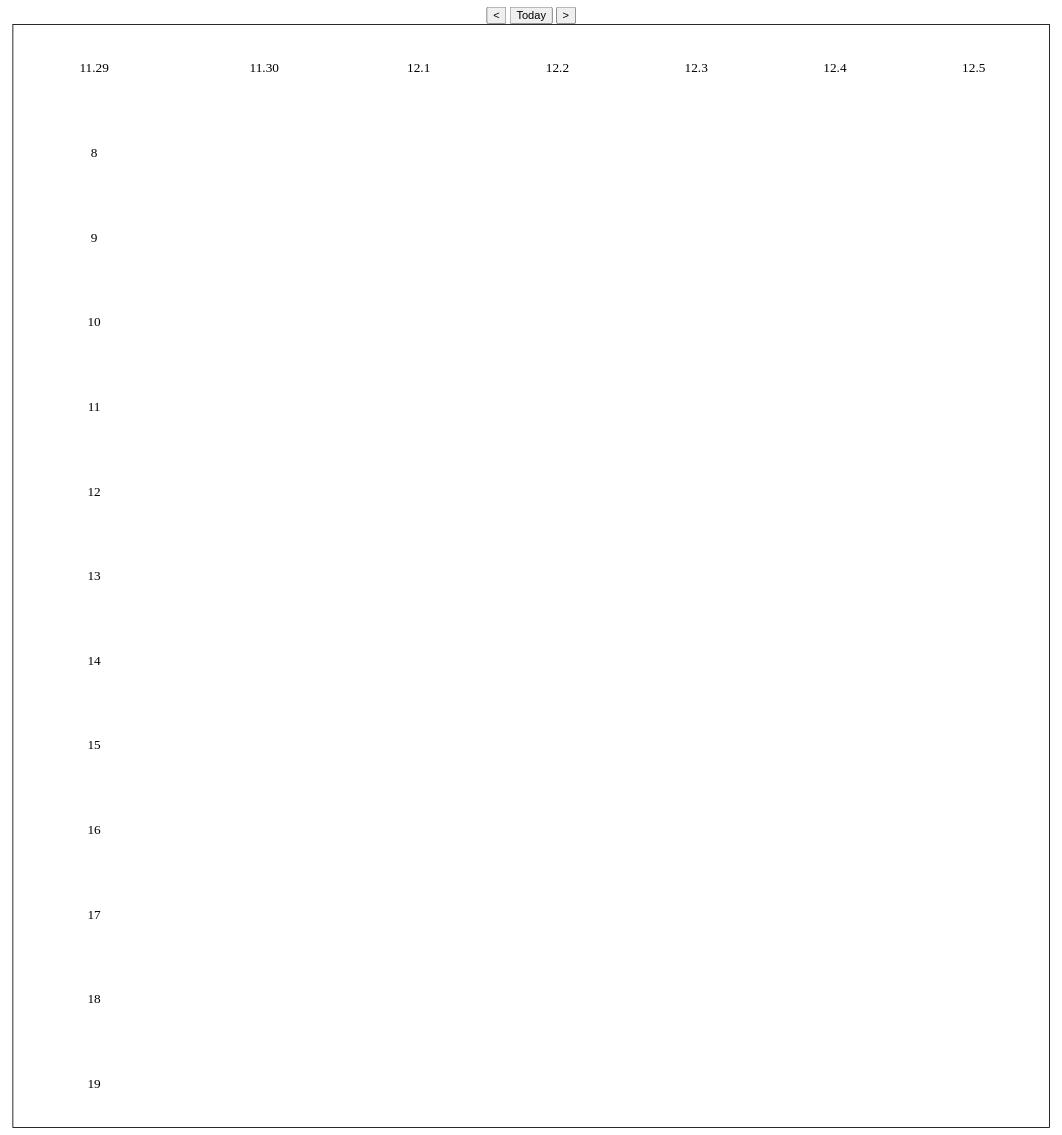
Repository: addictum/drawcalendar-1
Page: http://localhost/DrawCalendar/week.jsp
The author's editor kept a copy of each file at every save. The page is drawn from the files as they stood at one save, then again after the next save.
The browser window is 1280 px wide. The pictures show the whole page, at 83% of full size.
Some web libraries are served in a nearby version. The page is served by Tomcat 9.

Above is the page before, as saved 2020-12-07 01:07:22.

### DrawCalendar/src/main/webapp/week.jsp
<%@ page language="java" contentType="text/html; charset=UTF-8"
    pageEncoding="UTF-8" trimDirectiveWhitespaces="true" %>
<!DOCTYPE html>
<html>
<head>
<meta charset="UTF-8">
<title>Insert title here</title>
<script src="https://code.jquery.com/jquery-3.2.1.min.js"></script>
<style>
	#container {
		position: relative;
		margin: 0 auto;
		max-width: 1250px;
		text-align: center;
	}

	table {
		position: relative;
		border: border-box;
		width: 1250px;
		margi: 0 auto;
		border: 1px solid black;
		box-sizing: border-box;
	}

	tr {
		height: 100px;
	}

	th, td {
		width: 1250/7px;
		border-left: border: 1px solid black;
	}
</style>
</head>
<body>
<div id="container">
	<div class="nav">
				<button class="nav-btn go-prev" onclick="prevWeek()">&lt;</button>
				<button class="nav-btn go-today" onclick="goToday()">Today</button>
				<button class="nav-btn go-next" onclick="nextWeek()">&gt;</button>
	</div>
	<div class="week">
		<table class="weekTable">
			<tr class=tableHead></tr>

		</table>
	</div>
</div>
<script>

	let date = new Date();

	const renderWeek = () => {
		const thisYear = date.getFullYear();
		const thisMonth = date.getMonth();
		const thisDate = date.getDate();
		const thisDay = date.getDay();

		const preLast = new Date(thisYear, thisMonth, 0);
		const thisLast = new Date(thisYear, thisMonth+1, 0);
		const nextLast = new Date(thisYear, thisMonth+2, 0);

		const preMonth = preLast.getMonth()+1;
		const nextMonth = nextLast.getMonth()+1;

		const PLDate = preLast.getDate();
		const TLDate = thisLast.getDate();
		const NLDate = nextLast.getDate();

		const weekStart = new Date(thisYear, thisMonth, thisDate-thisDay);
		const weekEnd = new Date(thisYear, thisMonth, thisDate + (6-thisDay));

		const startDate = weekStart.getDate();
		const endDate = weekEnd.getDate();
		const startMonth = weekStart.getMonth()+1;

		const weekDate = [];

		if(endDate < 7) {
			if(startMonth !== thisMonth+1){
				for(let i = startDate; i < PLDate+1; i++){
					weekDate.push(preMonth+'.'+i);
				}
				for(let i = 1; 1 < 7-weekDate.length+1; i ++){
					weekDate.push((thisMonth+1)+'.'+i);
				}
			}
			if(startMonth === thisMonth+1) {
				for(let i = startDate; i < TLDate+1; i++){
					weekDate.push((thisMonth+1)+'.'+i);
				}
				for(let i = 1; 1 < 7-weekDate.length+1; i ++){
					weekDate.push(nextMonth+'.'+i);
				}
			}

		}

		if(startDate >= 1 && startDate < TLDate-6 ){
			for(let i = startDate; 1 < 7-weekDate.length+1; i ++){
				weekDate.push((thisMonth+1)+'.'+i);
			}
		}

		weekDate.forEach((date, i) => {
			var spDate = date.split('.');
			weekDate[i] = '<td class="date">' + date + '<td>';
		})

		var html = '';
		for(let i = 8; i < 20; i++) {
			html += '<tr><td class="'+i+'" >'+i+'</td>'
			for(let i = 0; i < 6; i++) {
				html += '<td></td>'
			}
			html += '</tr>'
		}
		console.log(html);

		document.querySelector('.tableHead').innerHTML = weekDate.join('');
		$('.weekTable').append(html);
	}
	renderWeek();

	const prevWeek = () => {
		date.setDate(date.getDate()-7);
		renderWeek();
	}

	const nextWeek = () => {
		date.setDate(date.getDate()+7);
		renderWeek();
	}

	const goToday = () => {
		date = new Date();
		renderWeek();
	}


</script>
</body>
</html>

After the next save:
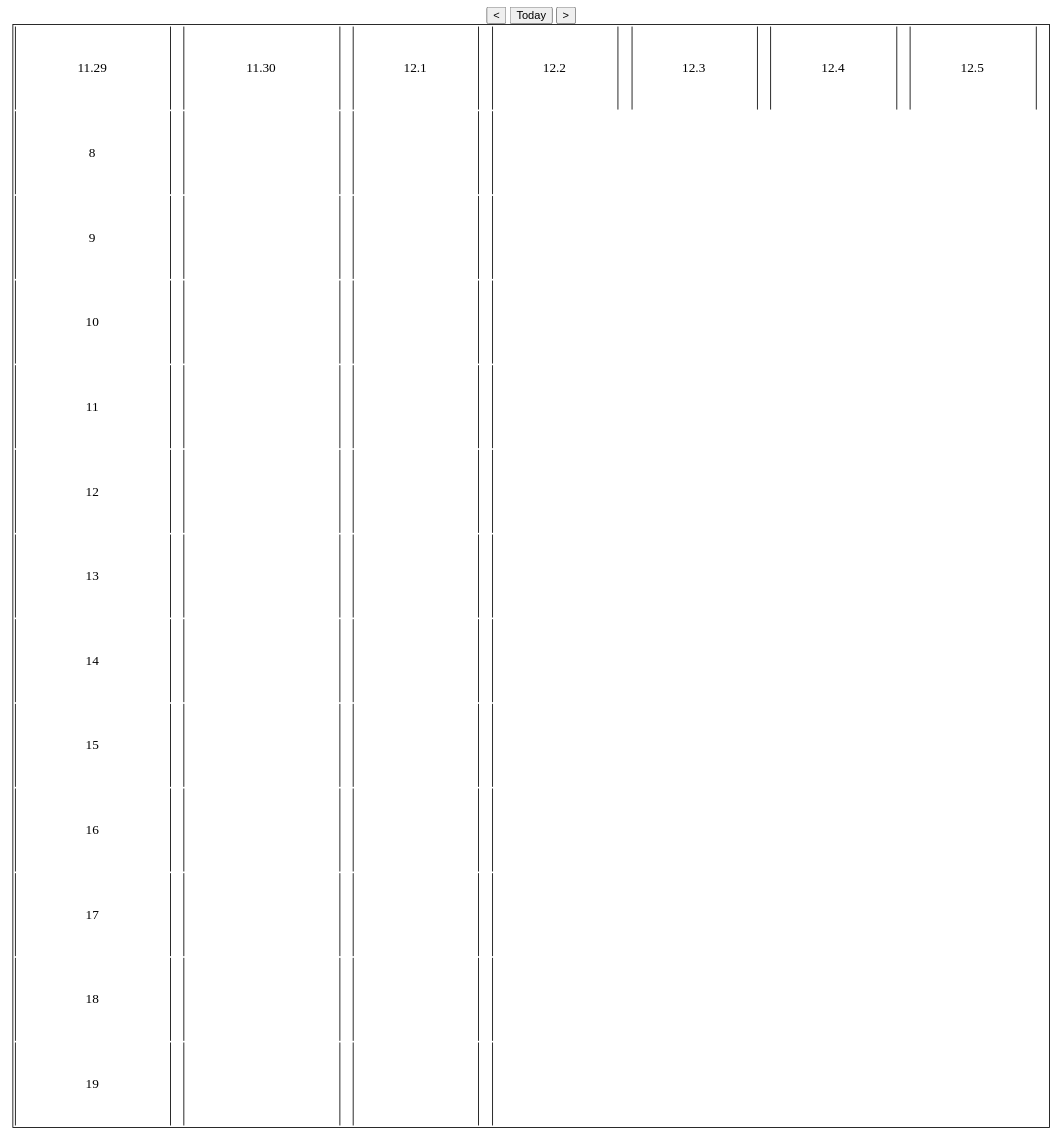
Saved 4 s later.
--- a/DrawCalendar/src/main/webapp/week.jsp
+++ b/DrawCalendar/src/main/webapp/week.jsp
@@ -29,7 +29,7 @@
 
 	th, td {
 		width: 1250/7px;
-		border-left: border: 1px solid black;
+		border-left: 1px solid black;
 	}
 </style>
 </head>
